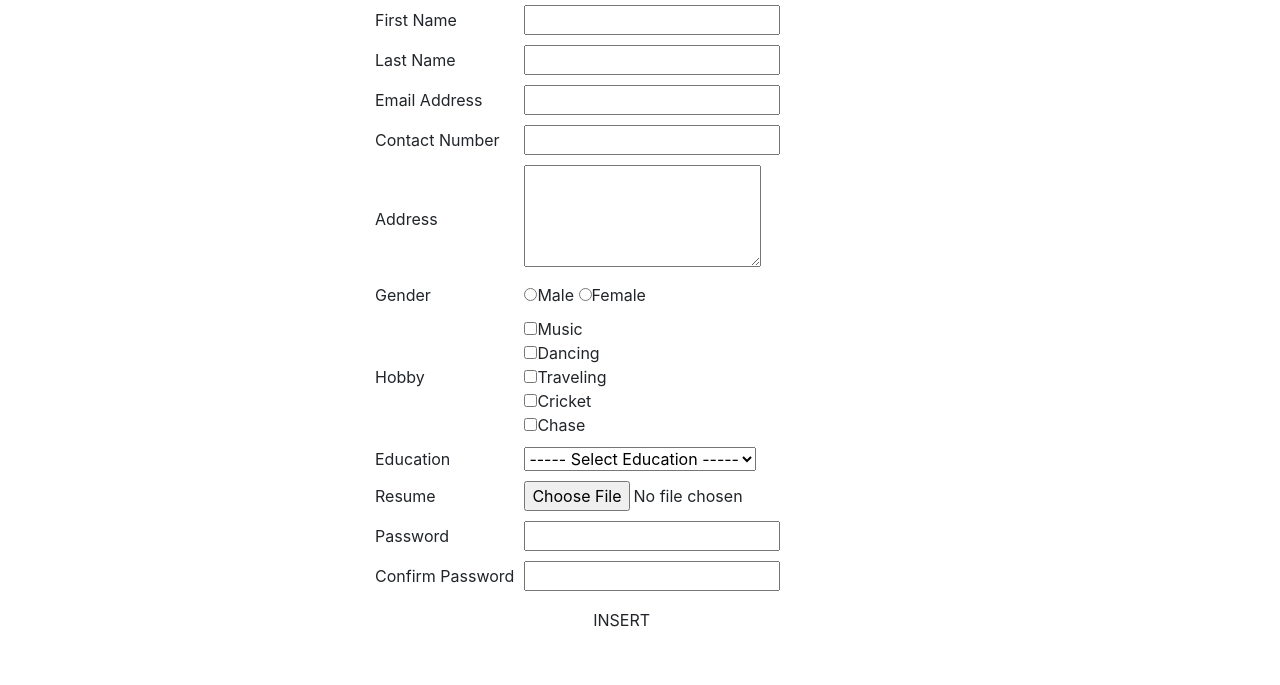
Repository: dhiren1618/OCT-JAVA-2023
Page: http://localhost/AdvancedJava/bootstrap.jsp
An editor plug-in stored every save of this project. The page is shown before and after the next save, followed by the edit.
The browser window is 1280 px wide. The pictures show the whole page.
The page is served by Tomcat 9. Other server files are loaded and not shown.

Above is the page before, as saved 2024-06-15 10:50:23.

### AdvancedJava/src/main/webapp/bootstrap.jsp
<%@ page language="java" contentType="text/html; charset=UTF-8"
	pageEncoding="UTF-8"%>
<!DOCTYPE html>
<html>
<head>
<meta charset="UTF-8">
<title>Advance Java Tutorial</title>
<link rel="stylesheet" href="https://cdn.jsdelivr.net/npm/bootstrap@4.3.1/dist/css/bootstrap.min.css" integrity="sha384-ggOyR0iXCbMQv3Xipma34MD+dH/1fQ784/j6cY/iJTQUOhcWr7x9JvoRxT2MZw1T" crossorigin="anonymous">
<script src="https://code.jquery.com/jquery-3.3.1.slim.min.js" integrity="sha384-q8i/X+965DzO0rT7abK41JStQIAqVgRVzpbzo5smXKp4YfRvH+8abtTE1Pi6jizo" crossorigin="anonymous"></script>
<script src="https://cdn.jsdelivr.net/npm/popper.js@1.14.7/dist/umd/popper.min.js" integrity="sha384-UO2eT0CpHqdSJQ6hJty5KVphtPhzWj9WO1clHTMGa3JDZwrnQq4sF86dIHNDz0W1" crossorigin="anonymous"></script>
<script src="https://cdn.jsdelivr.net/npm/bootstrap@4.3.1/dist/js/bootstrap.min.js" integrity="sha384-JjSmVgyd0p3pXB1rRibZUAYoIIy6OrQ6VrjIEaFf/nJGzIxFDsf4x0xIM+B07jRM" crossorigin="anonymous"></script>


</head>

<body>

	<div class="container">
		<div class="row">
			<div class="col-md-6 m-auto">
	<form action="" method="post" name="insert">

		<table cellspacing="5px" cellpadding="5px">

			<tr>
				<td>First Name</td>
				<td><input id="fname" type="text" name="fname" onblur="validateFirstName();"></td>
				<td><span id="error_fname" style="color: red;"></span></td>
			</tr>

			<tr>
				<td>Last Name</td>
				<td><input type="text" name="lname"></td>
			</tr>

			<tr>
				<td>Email Address</td>
				<td><input type="email" name="email" id="email" onblur="validateEmail();"></td>
				<td><span id="error_email" style="color: red;"></span></td>
			</tr>

			<tr>
				<td>Contact Number</td>
				<td><input type="text" name="contact" id="contact" onblur="validateContact();"></td>
				<td><span id="error_contact" style="color: red;"></span></td>
			</tr>

			<tr>
				<td>Address</td>
				<td><textarea cols="21" rows="4" name="address"></textarea></td>
			</tr>

			<tr>
				<td>Gender</td>
				<td><input type="radio" name="gender" value="male">Male
					<input type="radio" name="gender" value="female">Female</td>
			</tr>

			<tr>
				<td>Hobby</td>
				<td><input type="checkbox" name="hobby" value="music">Music<br>
					<input type="checkbox" name="hobby" value="dancing">Dancing<br>
					<input type="checkbox" name="hobby" value="traveling">Traveling<br>
					<input type="checkbox" name="hobby" value="cricket">Cricket<br>
					<input type="checkbox" name="hobby" value="chess">Chase<br>
				</td>
			</tr>

			<tr>
				<td>Education</td>
				<td><select name="education">
						<option>----- Select Education -----</option>
						<option value="10th">10th</option>
						<option value="12th">12th</option>
						<option value="BCA">BCA</option>
						<option value="MCA">MCA</option>
						<option value="BE">BE</option>
						<option value="ME">ME</option>
						<option value="other">Others</option>
				</select></td>
			</tr>

			<tr>
				<td>Resume</td>
				<td><input type="file" name="resume"></td>
			</tr>

			<tr>
				<td>Password</td>
				<td><input type="password" name="password"></td>
			</tr>

			<tr>
				<td>Confirm Password</td>
				<td><input type="password" name="cpassword"></td>
			</tr>

			<tr>
				<td colspan="2" align="center"><input type="submit"
					value="INSERT" class="btn bt-primary"></td>
			</tr>

		</table>

	</form>
	</div>
		</div>
</div>
</body>



</html>

After the next save:
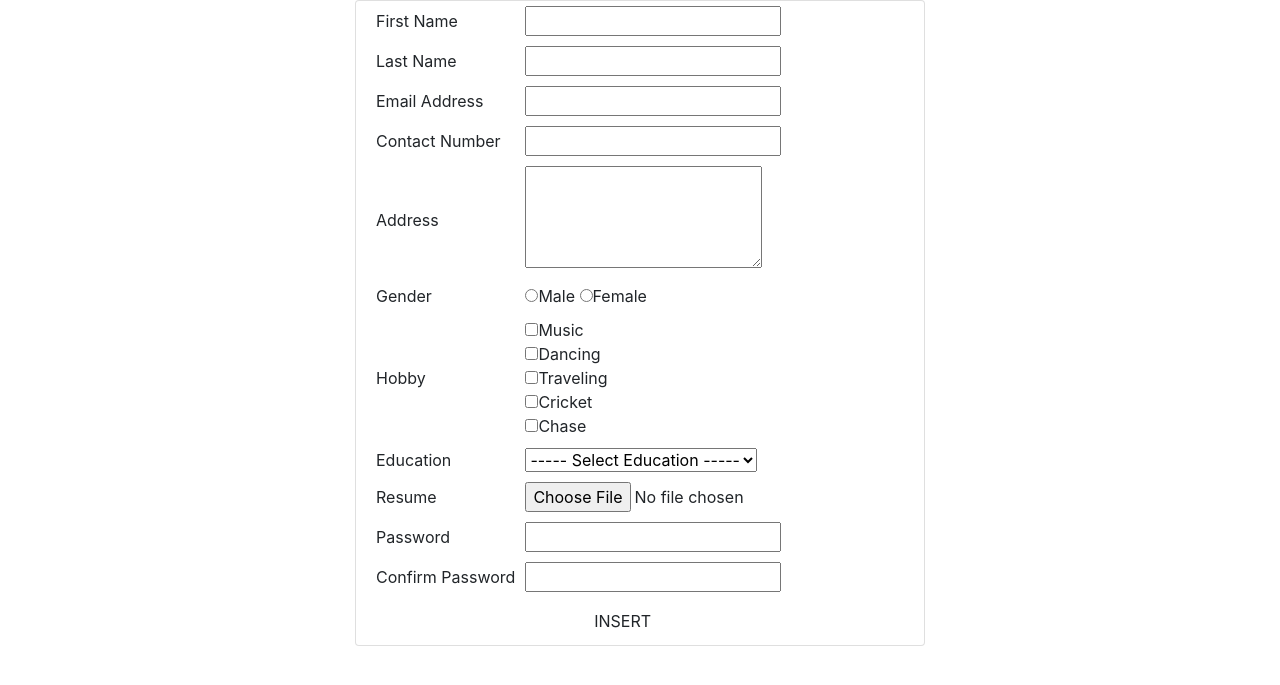
Saved 25 s later.
--- a/AdvancedJava/src/main/webapp/bootstrap.jsp
+++ b/AdvancedJava/src/main/webapp/bootstrap.jsp
@@ -17,7 +17,7 @@
 
 	<div class="container">
 		<div class="row">
-			<div class="col-md-6 m-auto">
+			<div class="col-md-6 m-auto card">
 	<form action="" method="post" name="insert">
 
 		<table cellspacing="5px" cellpadding="5px">
